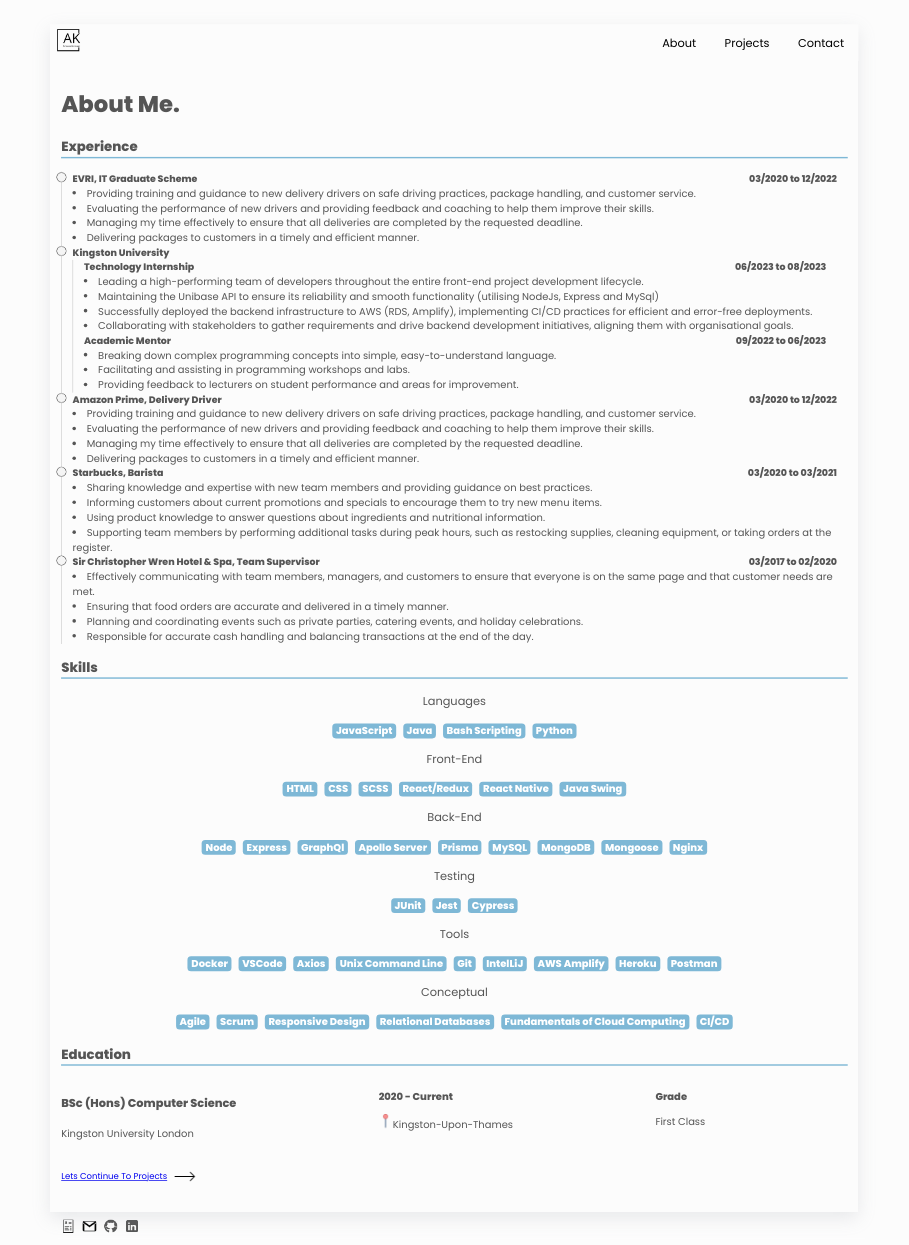
Repository: OKodovbetskyi/Portfolio
Page: /about
The author's editor kept a copy of each file at every save. The page is drawn from the files as they stood at one save, then again after the next save.
The browser window is 1280 px wide. The pictures show the whole page, at 71% of full size.
The project was rebuilt for these pictures with package versions that can differ from the ones it lists, and the page was loaded fresh each time. Also part of the build but not shown: src/components/Home/Home.css, src/components/Button.css, src/components/Button.js, src/components/AboutMe/AboutMe.css, src/components/AboutMe/AboutMe.js, src/components/Home/Home.js, src/components/ProjectTab.css, src/components/ProjectTab.js and 6 more.

Above is the page before, as saved 2023-11-22 22:18:40.

### public/index.html
<!DOCTYPE html>
<html lang="en">
  <head>
    <meta charset="utf-8" />
    <link rel="icon" href="%PUBLIC_URL%/userIcon.png" />
    <meta name="viewport" content="width=device-width, initial-scale=1" />
    <meta name="theme-color" content="#000000" />
    <link rel="preconnect" href="https://fonts.googleapis.com" />
    <link rel="preconnect" href="https://fonts.gstatic.com" crossorigin />
    <link
      href="https://fonts.googleapis.com/css2?family=Roboto:ital,wght@0,100;0,300;0,400;0,500;0,700;0,900;1,100;1,300;1,400;1,500;1,700;1,900&display=swap"
      rel="stylesheet"
    />
    <!--
      manifest.json provides metadata used when your web app is installed on a
      user's mobile device or desktop. See https://developers.google.com/web/fundamentals/web-app-manifest/
    -->
    <link rel="manifest" href="%PUBLIC_URL%/manifest.json" />
    <!--
      Notice the use of %PUBLIC_URL% in the tags above.
      It will be replaced with the URL of the `public` folder during the build.
      Only files inside the `public` folder can be referenced from the HTML.

      Unlike "/favicon.ico" or "favicon.ico", "%PUBLIC_URL%/favicon.ico" will
      work correctly both with client-side routing and a non-root public URL.
      Learn how to configure a non-root public URL by running `npm run build`.
    -->
    <title>Alex Full Stack Developer</title>
  </head>
  <body>
    <noscript>You need to enable JavaScript to run this app.</noscript>
    <div id="root"></div>
    <!--
      This HTML file is a template.
      If you open it directly in the browser, you will see an empty page.

      You can add webfonts, meta tags, or analytics to this file.
      The build step will place the bundled scripts into the <body> tag.

      To begin the development, run `npm start` or `yarn start`.
      To create a production bundle, use `npm run build` or `yarn build`.
    -->
  </body>
</html>

### src/index.css

@import url('https://fonts.googleapis.com/css2?family=Poppins:ital,wght@0,100;0,200;0,300;0,400;0,500;0,600;0,800;0,900;1,100;1,200;1,300;1,400;1,500;1,600&display=swap');

html{
    background-color: #FCFCFC;
    color: #555;
    min-height: 100%;
    margin: 0;
    padding: 0;
    font-family: 'Poppins', sans-serif;
}
h5{
    margin: 0;
}
p{
    font-size: 12px;
}

### src/App.css
.home{
    width: 90%;
    margin-left: auto;
    margin-right: auto;
}
@media only screen and (max-width: 600px) {
    .home{
        width: 100%;
    }
    }

### src/themes/ThemeContext.js
import React, { useContext, useState } from "react"
const ThemeContext = React.createContext();
const ThemeUpdateContext = React.createContext();

export function useTheme(){
    return useContext(ThemeContext);
}
export function useThemeUpdate(){
    return useContext(ThemeUpdateContext);
}
function ThemeProvider({children}){
    const [darkTheme, setDarkTheme] = useState(true);
    function toggleTheme(){
        setDarkTheme(prevDarkTheme => !prevDarkTheme);
    }
    return(
        <ThemeContext.Provider value={darkTheme}>
            <ThemeUpdateContext.Provider value={toggleTheme}>
            {children}
            </ThemeUpdateContext.Provider>
        </ThemeContext.Provider>
    )
}
export default ThemeProvider;

### src/router/RoutedLanding.js
import { BrowserRouter, Routes, Route} from 'react-router-dom';
import Skills from '../components/Skills';
import Home from '../components/Home/Home';
import React, {useRef} from 'react';
import Education from '../components/Education';
import Projects from '../components/Projects';
import './RouterLanding.modules.css';
import Nav from '../components/Nav';

import Card from '../components/Card';
import { Contact } from '../components/Contact';



const RoutedLanding = () => {
    const home = useRef(null);
    const skills = useRef(null);
    const aboutme = useRef(null);
    const projects = useRef(null);
    const education = useRef(null);

    const pages = [skills,home, education, projects]
   return (
     <BrowserRouter>
     <div className='container'>
     <div className="home" >
     <Card header="Home">
     <Nav pages={pages} />
     <Routes>
     <Route path='/' element={<Home/>}/>
     <Route path='/skills' element={<Skills/>}/>
     <Route path='/about' element={<Education />}/>
     <Route path='/projects/*' element={<Projects/>}/>
     <Route path='/contact-me' element={<Contact/>}/>
     <Route path='/contact-me' element={<Contact/>}/>
      </Routes>
     </Card>

     </div>
     </div>
   </BrowserRouter>


   )
}

export default RoutedLanding

### src/components/Education.js
import React from "react";
import Card from "./Card";
import "./Education.css";
import IconUni from "../assets/icons8-map-pin-32.png";
import Skills from "./Skills";

import circle from "../assets/icons8-circle-50.png";

import arrowright from "../assets/icons8-arrow-right-50.png";
import { Link } from "react-router-dom";
const Education = (props, ref) => {
  return (
    <div className="projects-container">
      <h1 className="abouttitle">About Me.</h1>
      <h3 className="section-title">Experience</h3>
      <div className="experience-container">
        <div className="Job">
          <img className="circle" src={circle} alt="" />
          <h5>
            EVRI, IT Graduate Scheme{" "}
            <span className="datesworked">03/2020 to 12/2022</span>
          </h5>
          <li>
            Providing training and guidance to new delivery drivers on safe
            driving practices, package handling, and customer service.
          </li>
          <li>
            Evaluating the performance of new drivers and providing feedback and
            coaching to help them improve their skills.
          </li>
          <li>
            Managing my time effectively to ensure that all deliveries are
            completed by the requested deadline.
          </li>
          <li>
            Delivering packages to customers in a timely and efficient manner.
          </li>
        </div>
        <div className="Job">
          <h5>Kingston University </h5>
          <div className="experience-container">
            <img className="circle" src={circle} alt="" />
            <h5>
              Technology Internship{" "}
              <span className="datesworked">06/2023 to 08/2023</span>
            </h5>
            <li>
              Leading a high-performing team of developers throughout the entire
              front-end project development lifecycle.
            </li>
            <li>
              Maintaining the Unibase API to ensure its reliability and smooth
              functionality (utilising NodeJs, Express and MySql)
            </li>
            <li>
              Successfully deployed the backend infrastructure to AWS (RDS,
              Amplify), implementing CI/CD practices for efficient and
              error-free deployments.
            </li>
            <li>
              Collaborating with stakeholders to gather requirements and drive
              backend development initiatives, aligning them with organisational
              goals.
            </li>
            <div className="Job">
              <h5>
                Academic Mentor{" "}
                <span className="datesworked">09/2022 to 06/2023</span>
              </h5>
              <li>
                Breaking down complex programming concepts into simple,
                easy-to-understand language.
              </li>
              <li>
                Facilitating and assisting in programming workshops and labs.
              </li>
              <li>
                Providing feedback to lecturers on student performance and areas
                for improvement.
              </li>
            </div>
          </div>
        </div>
        <div className="Job">
          <img className="circle" src={circle} alt="" />
          <h5>
            Amazon Prime, Delivery Driver{" "}
            <span className="datesworked">03/2020 to 12/2022</span>
          </h5>
          <li>
            Providing training and guidance to new delivery drivers on safe
            driving practices, package handling, and customer service.
          </li>
          <li>
            Evaluating the performance of new drivers and providing feedback and
            coaching to help them improve their skills.
          </li>
          <li>
            Managing my time effectively to ensure that all deliveries are
            completed by the requested deadline.
          </li>
          <li>
            Delivering packages to customers in a timely and efficient manner.
          </li>
        </div>
        <div className="Job">
          <img className="circle" src={circle} alt="" />
          <h5>
            Starbucks, Barista{" "}
            <span className="datesworked"> 03/2020 to 03/2021</span>
          </h5>
          <li>
            Sharing knowledge and expertise with new team members and providing
            guidance on best practices.
          </li>
          <li>
            {" "}
            Informing customers about current promotions and specials to
            encourage them to try new menu items.
          </li>
          <li>
            {" "}
            Using product knowledge to answer questions about ingredients and
            nutritional information.
          </li>
          <li>
            {" "}
            Supporting team members by performing additional tasks during peak
            hours, such as restocking supplies, cleaning equipment, or taking
            orders at the register.{" "}
          </li>
        </div>
        <div className="Job">
          <img className="circle" src={circle} alt="" />
          <h5>
            Sir Christopher Wren Hotel & Spa, Team Supervisor{" "}
            <span className="datesworked"> 03/2017 to 02/2020</span>
          </h5>
          <li>
            Effectively communicating with team members, managers, and customers
            to ensure that everyone is on the same page and that customer needs
            are met.
          </li>
          <li>
            {" "}
            Ensuring that food orders are accurate and delivered in a timely
            manner.
          </li>
          <li>
            {" "}
            Planning and coordinating events such as private parties, catering
            events, and holiday celebrations.
          </li>
          <li>
            {" "}
            Responsible for accurate cash handling and balancing transactions at
            the end of the day.{" "}
          </li>
        </div>
      </div>
      <h3 className="section-title">Skills</h3>
      <Skills />

      <h3 className="section-title">Education</h3>
      <div className="educationContent">
        <div>
          <h4>BSc (Hons) Computer Science</h4>
          <p>Kingston University London</p>
        </div>
        <div className="location">
          <p>
            <b>2020 - Current</b>
          </p>
          <p>
            <img className="imagepin" src={IconUni} alt="" />
            Kingston-Upon-Thames
          </p>
        </div>
        <div className="location">
          <p>
            <b>Grade</b>
          </p>
          <p>First Class</p>
        </div>
        <div></div>
      </div>
      <div className="linkstonext">
        <Link to="/projects">Lets Continue To Projects </Link>
        <img className="arrowright" src={arrowright} alt="arrow right" />
      </div>
    </div>
  );
};
export default Education;

### src/components/Card.js
import React from "react";
import styles from "./Card.module.css"
import Footer from "./Footer";
const Card = React.forwardRef((props, ref)=>{
    return(
        <div className={styles.page}>
        <div ref={ref} className={styles.Card}>

            <div className={styles.CardBody}>
            <h2 className={styles.header}>   {props.cardName}</h2>
                {props.children}
            </div>

        </div>
        <Footer />
        </div>
    )
})
export default Card;

### src/components/Skills.css
.skillWrapper h4{
    padding: 0 5px;
}
.skillWrapper{
    text-align: center;
}
 .skillWrapper p{
    font-size: 16px;
}
.skillItem>li{
    display: inline-block;
    margin: 0 5px;
    background: #7EB8D6FF;
    color: white;
    font-weight: bold;
    padding:0 5px;
    border-radius: 5px;
    font-size: 14px;
}
.skillItem>li:first-child{
    margin-left: 5px;
}
ul.skillItem{
    margin: 0;
    padding: 0;
}
@media only screen and (max-width: 600px) {

    .skillItem>li{
        margin: 5px;

    }
}

### src/components/Education.css
.educationContent{
    display:flex;
    flex-direction: row;
    justify-content: space-between;
}
.imagepin{
    height: 20px;
}
.experience-container{
    border-left: 1px solid #d1d1d1;
    padding: 0 15px;
}
.Job{
    position: relative;
}
.Job li{
    font-size: 14px;
    text-decoration: none;

}
p{
    font-size: 14px;
}
.circle{
    position: absolute;
    top: 0;
    left: -23px;
    width: 15px;
    background-color: whitesmoke;
    border-radius: 20px;
}
.datesworked{
    float: right;
}
.section-title {
    border-bottom: 2px solid #7EB8D6FF;
}
@media only screen and (max-width: 600px) {
    .educationContent{
        display:flex;
        flex-direction: column;

    }

}
.arrowright{
    width: 30px;
}
.linkstonext{
    margin: 20px 0;
    display: flex;
    align-items: center;
    font-size: 12px;

}
.linkstonext img{
    margin-left: 10px;
    animation: moveRightAndBack 2s infinite;
}
@keyframes moveRightAndBack {
    0% {
      transform: translateX(0);
    }
    50% {
      transform: translateX(10px);
    }
    100% {
      transform: translateX(0);
    }
  }

### src/components/Projects.css
.projects-container{
    padding: 15px;
}
h1.projectTitle{
  width: 30%;
  float: left;
}
.introduction-projects{
  width: 60%;
  text-align: justify;
  margin-left: auto;
  margin-top: 23px;
}
.project-tabs>a {
    text-decoration: none;
    color: black;
    width: 100%;
    text-align: center;
    margin: 5px;
  }
.project-tabs{
    display: flex;
    flex-direction: column;
}

.additional-info{
  display: flex;
  justify-content: space-between;
  align-items: center;
}
.projectCard{
  background-color: #F5EFE7;
  padding: 0 10px;
  margin: 5px 0;
}
.projectCard h3{
  font-size: 14px;
}
.hideProj{
  display: none;
}
.additional-info h3{
}
@media only screen and (max-width: 600px) {
    .introduction-projects{
      margin: 0;
      width: 100%;
    }
    .introduction-projects{
      padding: 20px 0;
  }
  .links{
    padding: 20px 0;
  }
  h1.projectTitle{
    width: 100%;
    float: none;
  }
}

### src/components/Nav.css
.navbar {
    display: flex;
    justify-content: space-between;
    align-items: center;
    background-color: #FCFCFC;
    z-index: 1000;
  }
  .navbar-links {
    position: relative;
    display: flex;
  }

  .navbar-links a {
    padding: 0 ;
    text-decoration: none;
    color: #55555;
    text-align: center;
    font-size: 16px;
  }
  .navbar-hamburger {
    display: none;
  }

  .navbar-hamburger-line {
    width: 30px;
    height: 3px;
    background-color: #000;
    margin: 6px 10px;
    transition: transform 0.2s ease;
    z-index: 1000;
  }

  .navbar-hamburger-line.open {
    transform: rotate(100deg);

  }
  div.hamburger-menu{
      display: flex;
      justify-content: center;
      flex-direction: column;
      position: fixed;
      top: 0;
      left: 0;
      width: 100%;
      height: 100vh;
      z-index: 900;
      overflow: hidden;
      background-color: #4F709C;

  }
  .hamburger-menu a{
    font-weight: bold;
    text-align: center;
    width: 100%;
    margin: 15px;
    color: white;
    text-decoration: none;
  }
.mobile-menu{
  display: flex;
  position: fixed;
  top: 0;
  justify-content: space-between;
  width: 100%;
  background-color: #4F709C;
}
  @media (max-width: 768px) {
    .navbar-links a{
      display: none;
      width: 100%;
    }
    .navbar-hamburger {
      display: block;
    }
    .navbar-hamburger-line {

    }
  }
  .selected{
    border-radius: 10px 10px 0 0;
    background-color: #E1E5F8;
  }
  .navbar-links a{
    height: 100%;
    width: 100%;
    text-decoration: none;
    color: black;
    padding:5px 20px;
    transition: border-bottom 0.5s;
}
/* Add this to the link element */
.navbar-links a {
    text-decoration: none;
    position: relative;
    color: black;
  }
  /* Add the underline */
  .navbar-links a::before {
    content: "";
    position: absolute;
    width: 0%;
    height: 2px;
    bottom: -2px;
    background-color: #2978B5;
    transition: width 0.3s;
  }

  /* Add the hover effect */
  .navbar-links a:hover::before {
    width: 55%;
  }
  /* Add the animation effect */
/* Add the animation effect */
@keyframes text-color-animation {
    0% {
      color: black;
    }
    100% {
      color: #2978B5;
    }
  }
  /* Add the hover effect */
  .navbar-links a:hover {
    animation: text-color-animation .3s ease-in;
    color: #2978B5;
  }
  .nav-logo{
    width: 60px;
  }
  .close-icon {
    position: fixed;
    top: 20px;
    right: 10px;
    width: 40px;
    height: 40px;
    display: flex;
    justify-content: center;
    align-items: center;

  }
  .close-icon-circle {
    background-color: transparent;
    border: 2px solid white;
    width: 100%;
    height: 100%;
    border-radius: 50%;
    display: flex;
    justify-content: center;
    align-items: center;
    position: relative;
  }

  .close-icon-line {
    position: absolute;
    width: 12px;
    height: 2px;
    background-color: #ffffff;
    transform: rotate(45deg);
  }

  .close-icon-line:nth-child(2) {
    transform: rotate(-45deg);
  }

  .close-icon-line::before,
  .close-icon-line::after {
    content: '';
    position: absolute;
    width: 100%;
    height: 100%;
    background-color: inherit;
  }

  .close-icon-line::before {
    transform: rotate(-90deg);
  }

  .close-icon-line::after {
    transform: rotate(90deg);
  }

### src/components/Card.module.css
.Card{
  margin-top: 3%;
  background-color: #FCFCFC;
  position: relative;
}

.CardBody{
    min-height: 90vh;
    box-shadow: rgba(149, 157, 165, 0.2) 0px 8px 24px;
}
.header{
    font-weight: bold;
}

.closinTag{
    float: right;
}

@media only screen and (max-width: 600px) {
    .Card{
        width: 100%;
        margin: 0;
    }
    .CardBody{
        height: 100%;
        box-shadow: rgba(149, 157, 165, 0.2) 0px 8px 24px;
    }

}

### src/components/Footer.js
import React from "react";
import "./Footer.css";
import IconsLinks from "./IconsLinks";
import resumeIco from "../assets/icons8-resume-50.png"
import Git from "../assets/icons8-github-50.png"
import Email from "../assets/icons8-gmail-50.png"
import linkedln from "../assets/icons8-linkedin-logo-50.png";
const Footer = () => {
    return (
        <footer className="Footer">
        <IconsLinks icon={resumeIco} icon1={Git} icon2 ={Email} icon3={linkedln}/>
      </footer>
    );
}
export default Footer;

### src/components/Footer.css
.Footer{
 margin: 10px 10px;
 width: 100%;

}
@media only screen
and (max-width : 640px) {


    }

### src/components/IconsLinks.js
import React from "react";

import styles from "./Icons.module.css";
const IconsLinks = ({icon,icon1, icon2, icon3}) =>{
    return (
        <span className={styles.Icons}>
            <div className={styles.wrapper}> <a download href="https://drive.google.com/file/d/12KVDCBMmGgFeqtxq2S8sNrXxZwgp_6gI/view?usp=sharing">

            <p className={styles.email}>Resume</p> <img src={icon} alt=''/></a></div>
           <div className={styles.wrapper}><a href="mailto:oleksandr.kodovbetskyi@gmail.com" target="_blank">
           <p className={styles.email}>Email me!</p> <img src={icon2}alt='' />
           </a></div>
           <div className={styles.wrapper}>
           <a href="https://github.com/OKodovbetskyi" target="_blank">
            <p className={styles.email}>GitHub</p> <img src={icon1} alt=''/></a></div>
           <div className={styles.wrapper}>
           <a href="https://www.linkedin.com/in/ak-developer" target="_blank" >
            <p className={styles.email}>Linkeln</p> <img src={icon3} alt=''/></a></div>


        </span>
    )
}
export default IconsLinks;

### src/components/Icons.module.css
span img{
    width: 20px;
    margin: 0 5px;
}
.Icons{
    display: flex;
    background-color:  #fcfcfc;
}
.email{
    animation: ease-in .1s;
    display: none;
    background-color: #01257D;
    color: white;
    border-radius: 20px;
}
.wrapper a{
    text-decoration: none;
}

Loaded but not shown: src/index.js (common file); src/components/Nav.js (61 lines, source omitted); src/components/Skills.js (77 lines, source omitted); src/App.js (36 lines, source omitted)

After the next save:
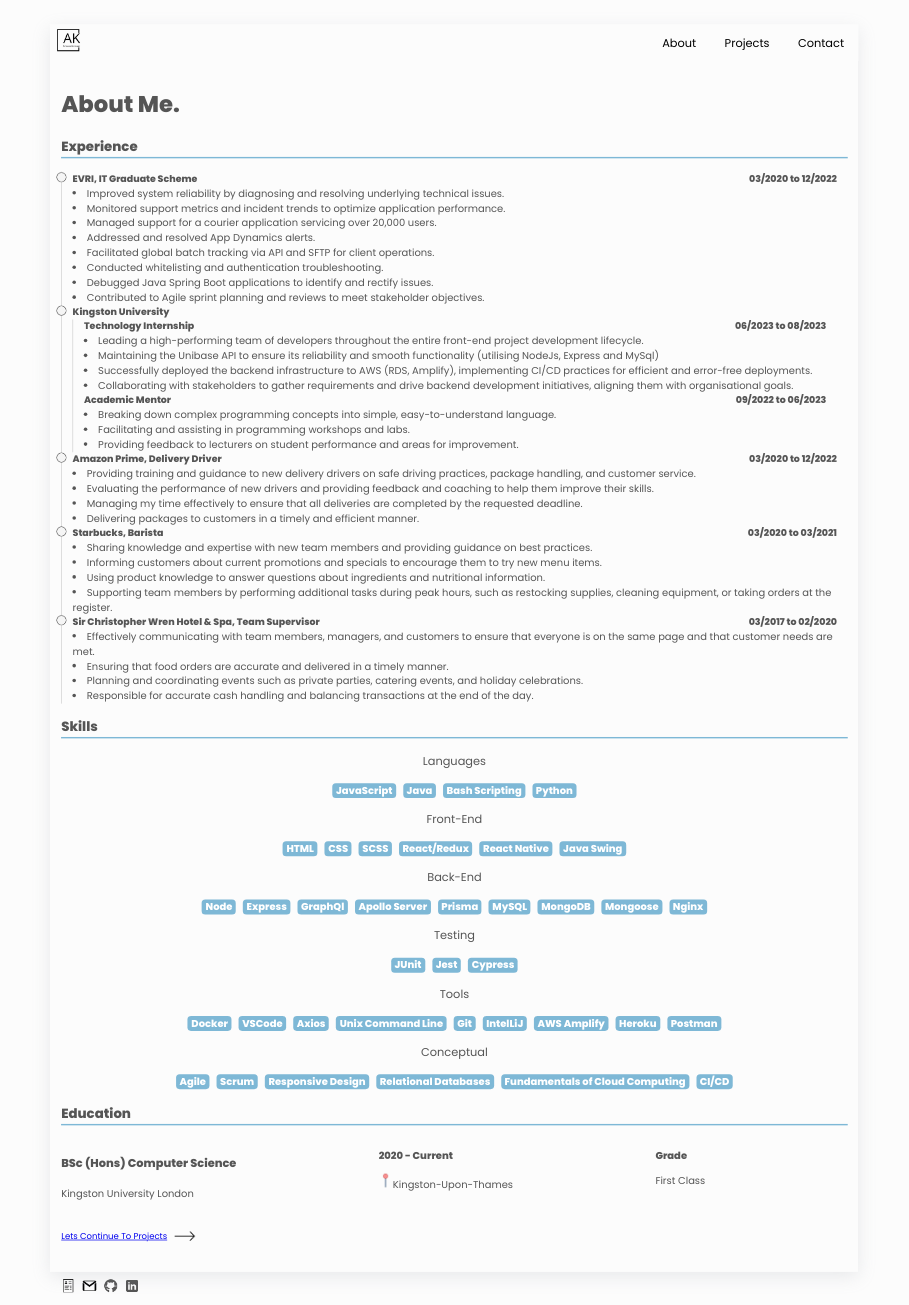
Saved 67 s later.
--- a/src/components/Education.js
+++ b/src/components/Education.js
@@ -21,19 +21,36 @@ const Education = (props, ref) => {
             <span className="datesworked">03/2020 to 12/2022</span>
           </h5>
           <li>
-            Providing training and guidance to new delivery drivers on safe
-            driving practices, package handling, and customer service.
-          </li>
-          <li>
-            Evaluating the performance of new drivers and providing feedback and
-            coaching to help them improve their skills.
-          </li>
-          <li>
-            Managing my time effectively to ensure that all deliveries are
-            completed by the requested deadline.
-          </li>
-          <li>
-            Delivering packages to customers in a timely and efficient manner.
+            {" "}
+            Improved system reliability by diagnosing and resolving underlying
+            technical issues.
+          </li>
+          <li>
+            {" "}
+            Monitored support metrics and incident trends to optimize
+            application performance.
+          </li>
+          <li>
+            {" "}
+            Managed support for a courier application servicing over 20,000
+            users.
+          </li>
+          <li> Addressed and resolved App Dynamics alerts.</li>
+          <li>
+            {" "}
+            Facilitated global batch tracking via API and SFTP for client
+            operations.
+          </li>
+          <li> Conducted whitelisting and authentication troubleshooting.</li>
+          <li>
+            {" "}
+            Debugged Java Spring Boot applications to identify and rectify
+            issues.
+          </li>
+          <li>
+            {" "}
+            Contributed to Agile sprint planning and reviews to meet stakeholder
+            objectives.
           </li>
         </div>
         <div className="Job">
